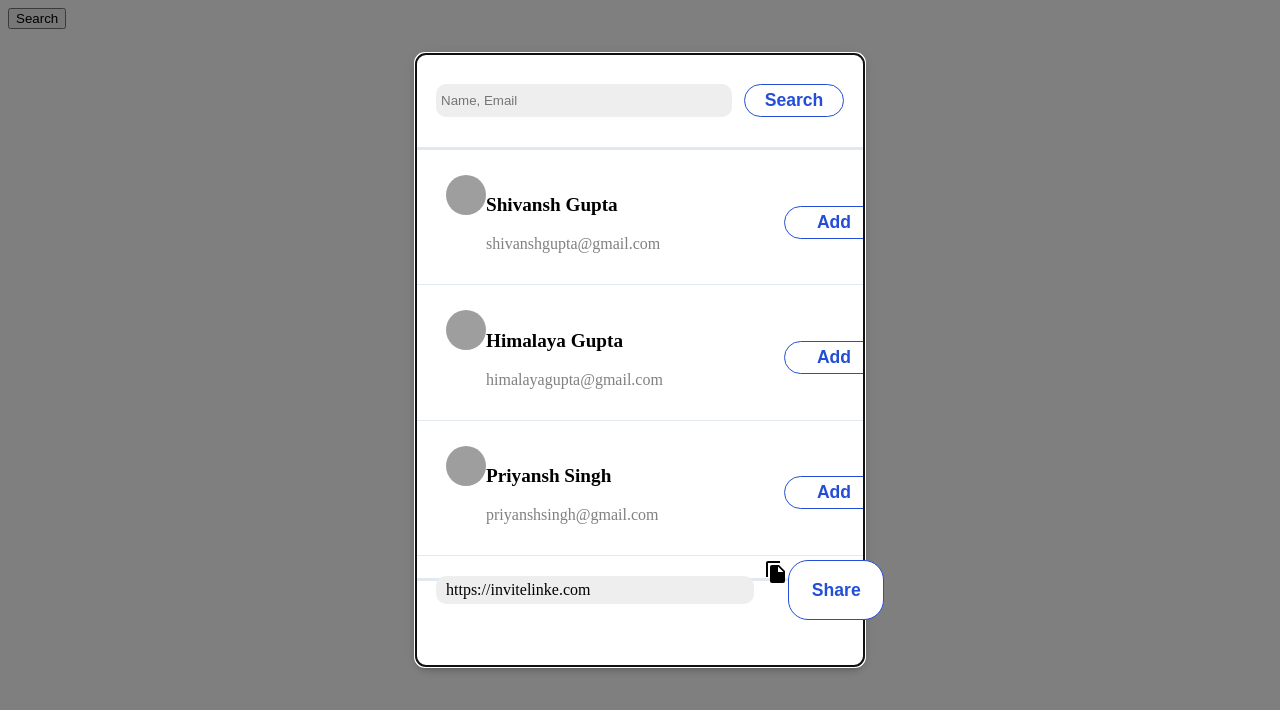
Repository: shiv0403/event-planner
Page: /, after clicking the first element matching `button`
These files come from the project's save history. The page is drawn as it stood at one moment and after a run of saves; the edit follows.
The browser window is 1280 px wide. The pictures show the whole page.
Pictures or frames that could not be fetched are drawn as grey boxes. An inner scrolling area shows only its first screen. The project was rebuilt for these pictures with package versions that can differ from the ones it lists, and the page was loaded fresh each time.

Above is the page before, as saved 2021-07-27 13:04:42.

After the next 2 saves:
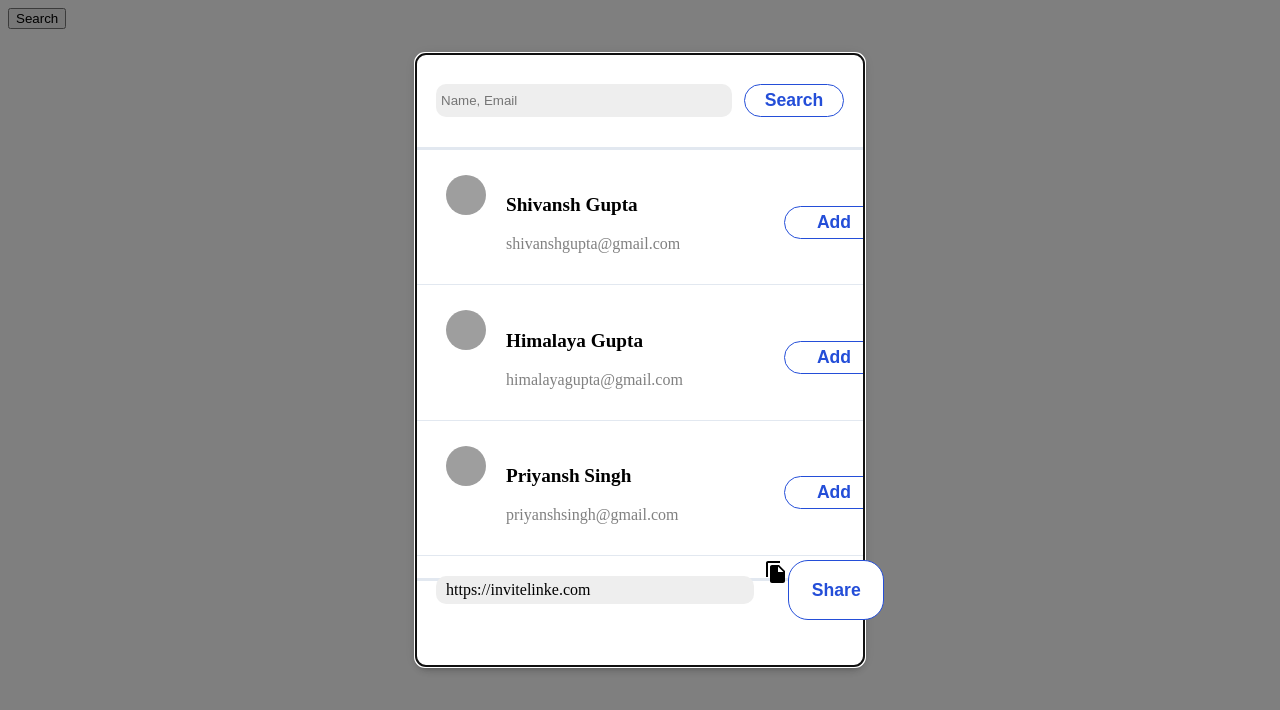
The 2 saves are shown as one change because they came seconds apart.
The last was saved 111 s later.
--- a/src/Components/SearchModal/SearchPerson.css
+++ b/src/Components/SearchModal/SearchPerson.css
@@ -18,6 +18,10 @@
   width: 95%;
   padding: 10px;
   margin-right: 10px;
+}
+
+.sp__details__avatar {
+  margin-right: 20px;
 }
 
 .sp__details__cred > h3 {
